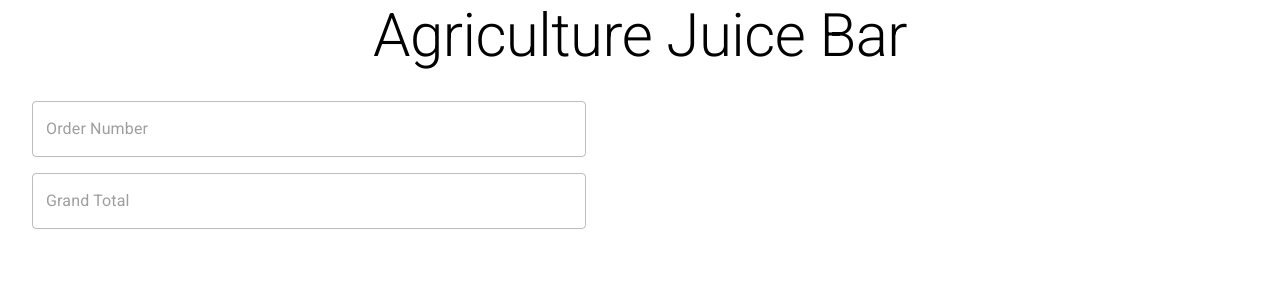
Repository: CydexCode/JuiceBarApplication
Page: / (app in restaurant-app/)
An editor plug-in stored every save of this project. The page is shown before and after the next save, followed by the edit.
The browser window is 1280 px wide. The pictures show the whole page.
The project was rebuilt for these pictures with package versions that can differ from the ones it lists, and the page was loaded fresh each time. Also part of the build but not shown: restaurant-app/src/App.css.

Above is the page before, as saved 2024-02-03 11:20:15.

### restaurant-app/public/index.html
<!DOCTYPE html>
<html lang="en">
  <head>
    <meta charset="utf-8" />
    <link rel="icon" href="%PUBLIC_URL%/favicon.ico" />
    <meta name="viewport" content="width=device-width, initial-scale=1" />
    <meta name="theme-color" content="#000000" />
    <meta
      name="description"
      content="Web site created using create-react-app"
    />
    <link rel="apple-touch-icon" href="%PUBLIC_URL%/logo192.png" />
    <!--
      manifest.json provides metadata used when your web app is installed on a
      user's mobile device or desktop. See https://developers.google.com/web/fundamentals/web-app-manifest/
    -->
    <link rel="manifest" href="%PUBLIC_URL%/manifest.json" />
    <!--
      Notice the use of %PUBLIC_URL% in the tags above.
      It will be replaced with the URL of the `public` folder during the build.
      Only files inside the `public` folder can be referenced from the HTML.

      Unlike "/favicon.ico" or "favicon.ico", "%PUBLIC_URL%/favicon.ico" will
      work correctly both with client-side routing and a non-root public URL.
      Learn how to configure a non-root public URL by running `npm run build`.
    -->

    <link rel="preconnect" href="https://fonts.googleapis.com" />
<link rel="preconnect" href="https://fonts.gstatic.com" crossorigin />
<link
  rel="stylesheet"
  href="https://fonts.googleapis.com/css2?family=Roboto:wght@300;400;500;600;700&display=swap"
/>

<link
  rel="stylesheet"
  href="https://fonts.googleapis.com/icon?family=Material+Icons"
/>

    <title>React App</title>

  </head>
  <body>
    <noscript>You need to enable JavaScript to run this app.</noscript>
    <div id="root"></div>
    <!--
      This HTML file is a template.
      If you open it directly in the browser, you will see an empty page.

      You can add webfonts, meta tags, or analytics to this file.
      The build step will place the bundled scripts into the <body> tag.

      To begin the development, run `npm start` or `yarn start`.
      To create a production bundle, use `npm run build` or `yarn build`.
    -->
  </body>
</html>

### restaurant-app/src/index.css
body {
  margin: 0;
  font-family:'Roboto', -apple-system, BlinkMacSystemFont, 'Segoe UI', 'Oxygen',
    'Ubuntu', 'Cantarell', 'Fira Sans', 'Droid Sans', 'Helvetica Neue',
    sans-serif;
  -webkit-font-smoothing: antialiased;
  -moz-osx-font-smoothing: grayscale;
}

code {
  font-family: source-code-pro, Menlo, Monaco, Consolas, 'Courier New',
    monospace;
}

### restaurant-app/src/App.js
import logo from './logo.svg';
import './App.css';
import { Container, Typography } from "@material-ui/core";
import Order from './components/Order';


function App() {
  return (
    <Container maxwidth="md">
          <Typography
          gutterBottom
          variant="h2"
          align="center">
            Agriculture Juice Bar
          </Typography>
          <Order />
    </Container>
  );
}

export default App;

### restaurant-app/src/components/Order/index.js
import React from 'react'
import OrderForm from './OrderForm';

export default function Order() {
  return (

      <OrderForm/>

  )
}

### restaurant-app/src/components/Order/OrderForm.js
import React from 'react'
import Form from "../../layouts/Form"
import Input from "../../controls/Input"
import { Grid } from '@material-ui/core'

export default function OrderForm() {
  return (
    <Form>
      <Grid Container>
      <Grid item xs={6}>
<Input
disabled
label = "Order Number"
name = "orderNumber"
/>
      </Grid>
      <Grid item xs={6}>
      <Input

disabled
label = "Grand Total"
name = "gTotal"
/>
      </Grid>
      </Grid>


    </Form>



  )
}

### restaurant-app/src/layouts/Form.js
import React from 'react'

import { makeStyles } from "@material-ui/core";

const useStyles = makeStyles(theme => ({
    root: {
        '& .MuiFormControl-root': {
            width: '90%',
            margin: theme.spacing(1)
        }
    }
}))

export default function Form(props) {
    const classes = useStyles();
    const { children, ...other } = props;


    return (
        <form className={classes.root} noValidate autoComplete="off" {...other}>
            {children}
        </form>
    )
}

### restaurant-app/src/controls/Input.js
import React from 'react'
import { TextField } from '@material-ui/core';

export default function Input(props) {

    const { name, label, value, variant, onChange, error = null, ...other } = props;
    return (
        <TextField
            variant={variant || "outlined"}
            label={label}
            name={name}
            value={value}
            onChange={onChange}
            {...other}
            {...(error && { error: true, helperText: error })}
        />
    )
}

Loaded but not shown: restaurant-app/src/index.js (common file); restaurant-app/src/reportWebVitals.js (common file)

After the next save:
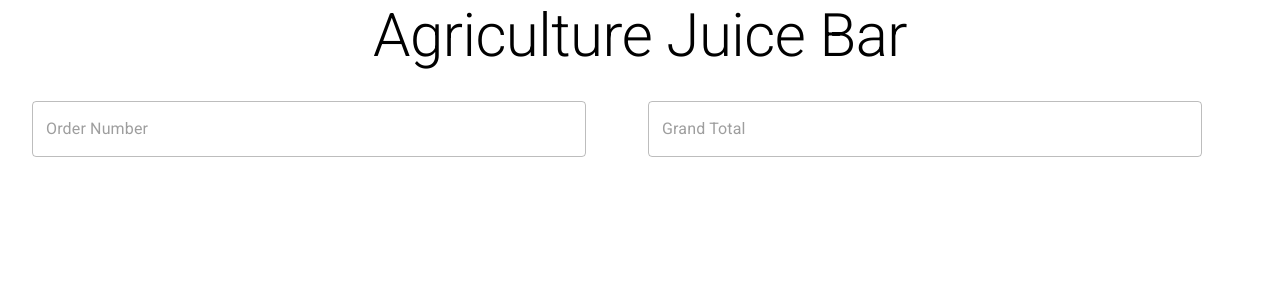
Saved 3 min 51 s later.
--- a/restaurant-app/src/components/Order/OrderForm.js
+++ b/restaurant-app/src/components/Order/OrderForm.js
@@ -6,27 +6,23 @@ import { Grid } from '@material-ui/core'
 export default function OrderForm() {
   return (
     <Form>
-      <Grid Container>
+    <Grid container>
       <Grid item xs={6}>
-<Input
-disabled
-label = "Order Number"
-name = "orderNumber"
-/>
+        <Input
+          disabled
+          label="Order Number"
+          name="orderNumber"
+        />
       </Grid>
       <Grid item xs={6}>
-      <Input
-
-disabled
-label = "Grand Total"
-name = "gTotal"
-/>
+        <Input
+          disabled
+          label="Grand Total"
+          name="gTotal"
+        />
       </Grid>
-      </Grid>
-
-
-    </Form>
-
+    </Grid>
+  </Form>
 
 
   )
